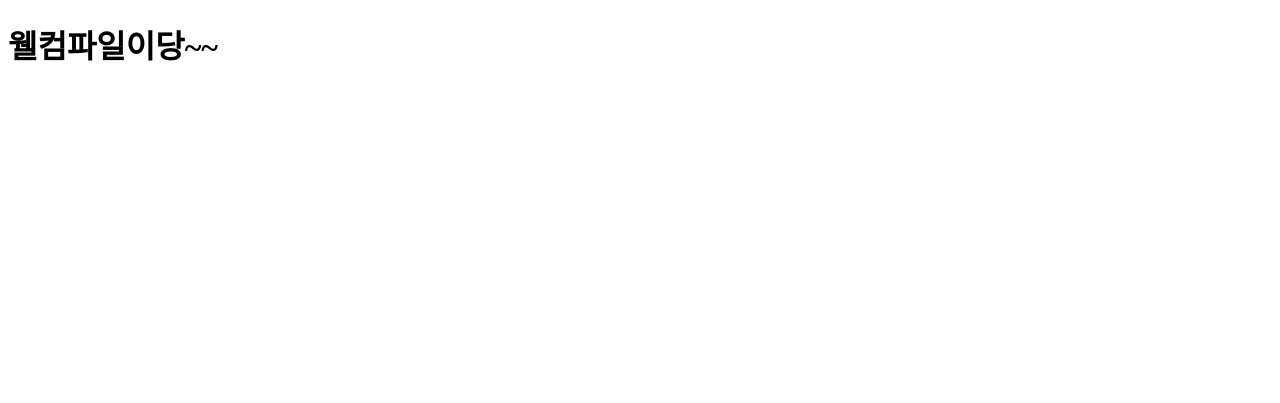
Repository: rlaehqkf/java_practice
Page: MyFirstWebProject/src/main/webapp/WEB-INF/index.html
An editor plug-in stored every save of this project. The page is shown before and after the next save, followed by the edit.
The browser window is 1280 px wide. The pictures show the whole page.

Above is the page before, as saved 2026-05-04 03:16:22.

### MyFirstWebProject/src/main/webapp/WEB-INF/index.html
<!DOCTYPE html>
<html>
<head>
<meta charset="UTF-8">
<title> HTML이다 </title>
</head>
<body>
	<h1>웰컴파일이당~~</h1>
	<!--
		1) 새 워크스페이스 생성 후 이클립스로 열기

		2) 작업 환경 구성

			2_1) 보여질 화면요소 구성

			2_2) 서버 실행환경 구성[Window - Preferences] (Server - Runtime Environments)
			이클립스 상에서 서버를 실행할 수 있도록 실행환경을 연동하는 과정
			Add 버튼 클릭 -> 설치한 ApacheTomcat과 동일한 버전을 선택 - > Next버튼 누르기
			-> Browse버튼 클릭 - > 설치한 톰캣 폴더까지 이동(bin폴더가 보여야함) -> Finish버튼 클릭

		3) 서버 생성하기[Servers]

			3_1) [Server] - [New] - [Server]

			3_2) 2_2번 작업을 하고 왔다면 기본적으로 Runtime이 잡혀있음

			3_3) Finish버튼 클릭

			3_4) 서버 세팅하기(만들어진 서버를 더블 클릭)

				3_4_1) 왼쪽 하단에 ServerOptions탭이 있음 -> Serve Module Publishing 체크박스를 체크
				=> 체크를 안하면 file upload / download 경로 지정이 운영체제 상 숨김폴더로 지정

				3_4_2) 포트번호 충돌을 방지하기 위해서 포트번호 재설정 -> 작업이 끝나면 반드시 저장

		4) Dynamic Web Project만들기 [Project Explorer - new]

			4_1) 프로젝트명 작성하기 - Next버튼 클릭

			4_2) default output folder 경로 재설정 :
				src/main/webapp/WEB-INF/classes
			=> classes 폴더 안에 컴파일이 끝난 .class파일이 들어감
			WEB-INF안에 만들어두지 않으면 외부에서 접근이 가능하기 때문에 보안상 취약하다
			- Next버튼 클릭

			4_3) Context root : 애플리케이션만의 고유한 별칭으로 만들어줌(기본값 : 프로젝트 명)
			재정의 해서 쓰는것이 일반적임 실제로 매우 자주 바뀜
			=> 하나의 서버로 여러 개의 애플리케이션을 구동할 수 있음
			고유한 이름을 통해 애플리케이션에 요청을 보내는 경로로 사용할 수 있음

			content Directory : 실제 배포되는 폴더(서버에 올라가는 폴더)의 최상위 폴더명
			=> 건들지 않음

			Generate web.xml deployment descriptor : 기본적으로 체크 X
			=> 현재 애플리케이션의 정보를 담는 파일 => 나는 죽었다 깨어나도 바꿀 일 없다 => 안만들어도 무방

			Finish 버튼 클릭

	 -->








</body>
</html>

After the next save:
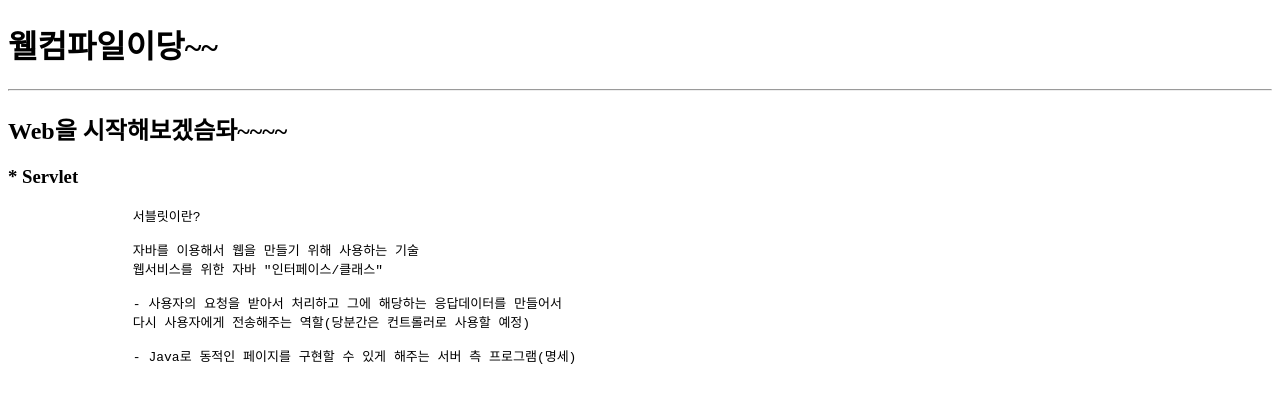
Saved 8 min 53 s later.
--- a/MyFirstWebProject/src/main/webapp/WEB-INF/index.html
+++ b/MyFirstWebProject/src/main/webapp/WEB-INF/index.html
@@ -58,6 +58,47 @@
 
 	 -->
 
+	<hr>
+
+	<h2>Web을 시작해보겠슴돠~~~~</h2>
+
+	<h3>* Servlet</h3>
+
+	<pre>
+		서블릿이란?
+
+		자바를 이용해서 웹을 만들기 위해 사용하는 기술
+		웹서비스를 위한 자바 "인터페이스/클래스"
+
+		- 사용자의 요청을 받아서 처리하고 그에 해당하는 응답데이터를 만들어서
+		다시 사용자에게 전송해주는 역할(당분간은 컨트롤러로 사용할 예정)
+
+		- Java로 동적인 페이지를 구현할 수 있게 해주는 서버 측 프로그램(명세)
+	</pre>
+
+
+
+
+
+
+
+
+
+
+
+
+
+
+
+
+
+
+
+
+
+
+
+
 
 
 
